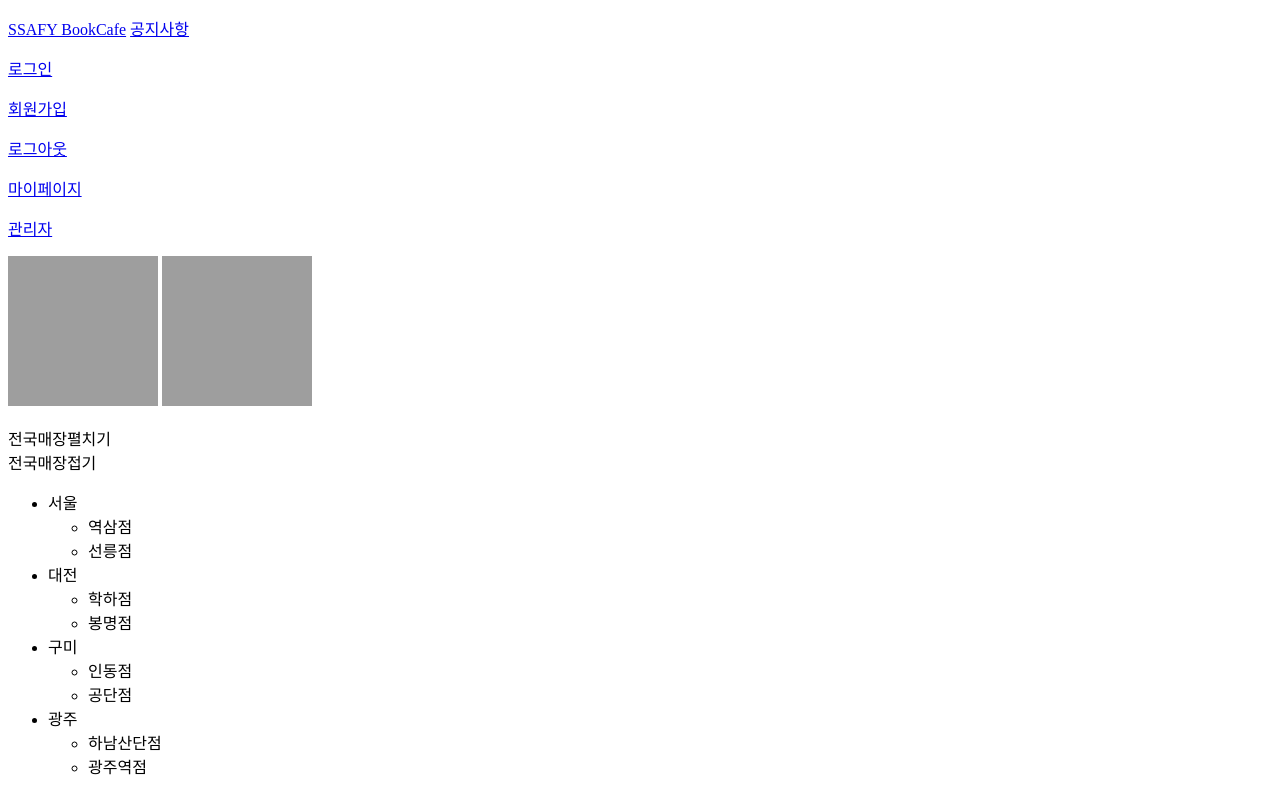
Repository: kjungyoun/Web_Study_2021
Page: web_front/WebContent/workshop0302/index.html
An editor plug-in stored every save of this project. The page is shown before and after the next save, followed by the edit.
The browser window is 1280 px wide. The pictures show the whole page.
Pictures or frames that could not be fetched are drawn as grey boxes.

Above is the page before, as saved 2021-03-02 08:09:13.

### web_front/WebContent/workshop0302/index.html
<!DOCTYPE html>
<html>
<head>
<meta charset="UTF-8">
<title>SSAFY BOOK CAFE</title>
<style type="text/css">
div.open{display : }
</style>
</head>
<body>
<header>
	<nav>
		<p>
			<a href="index.html"> SSAFY BookCafe</a>
			<a href="index.html"> 공지사항</a>
		</p>
		<p>
			<a href="login.html">로그인</a>
		</p>
		<p>
			<a href="assign.html">회원가입</a>
		</p>
		<p>
			<a href="logout.html">로그아웃</a>
		</p>
		<p>
			<a href="mypage.html">마이페이지</a>
		</p>
		<p>
			<a href="admin.html">관리자</a>
		</p>
	</nav>
	<p>
		<img alt="이미지가 안떠용" src="img/noimg.png" width="150" height="150">
		<img alt="이미지가 안떠용" src="img/profile.png" width="150" height="150">
	</p>
</header>
<article>
	<div class="open">전국매장펼치기</div>
	<div class="fold">전국매장접기</div>
	<div>
		<ul>
			<li>서울
				<ul>
					<li style="list-style-type: circle;">역삼점</li>
					<li style="list-style-type: circle;">선릉점</li>
				</ul>
			</li>
			<li>대전
				<ul>
					<li style="list-style-type: circle;">학하점</li>
					<li style="list-style-type: circle;">봉명점</li>
				</ul>
			</li>
			<li>구미
				<ul>
					<li style="list-style-type: circle;">인동점</li>
					<li style="list-style-type: circle;">공단점</li>
				</ul>
			</li>
			<li>광주
				<ul>
					<li style="list-style-type: circle;">하남산단점</li>
					<li style="list-style-type: circle;">광주역점</li>
				</ul>
			</li>
		</ul>
	</div>
</article>
</body>
</html>

After the next save:
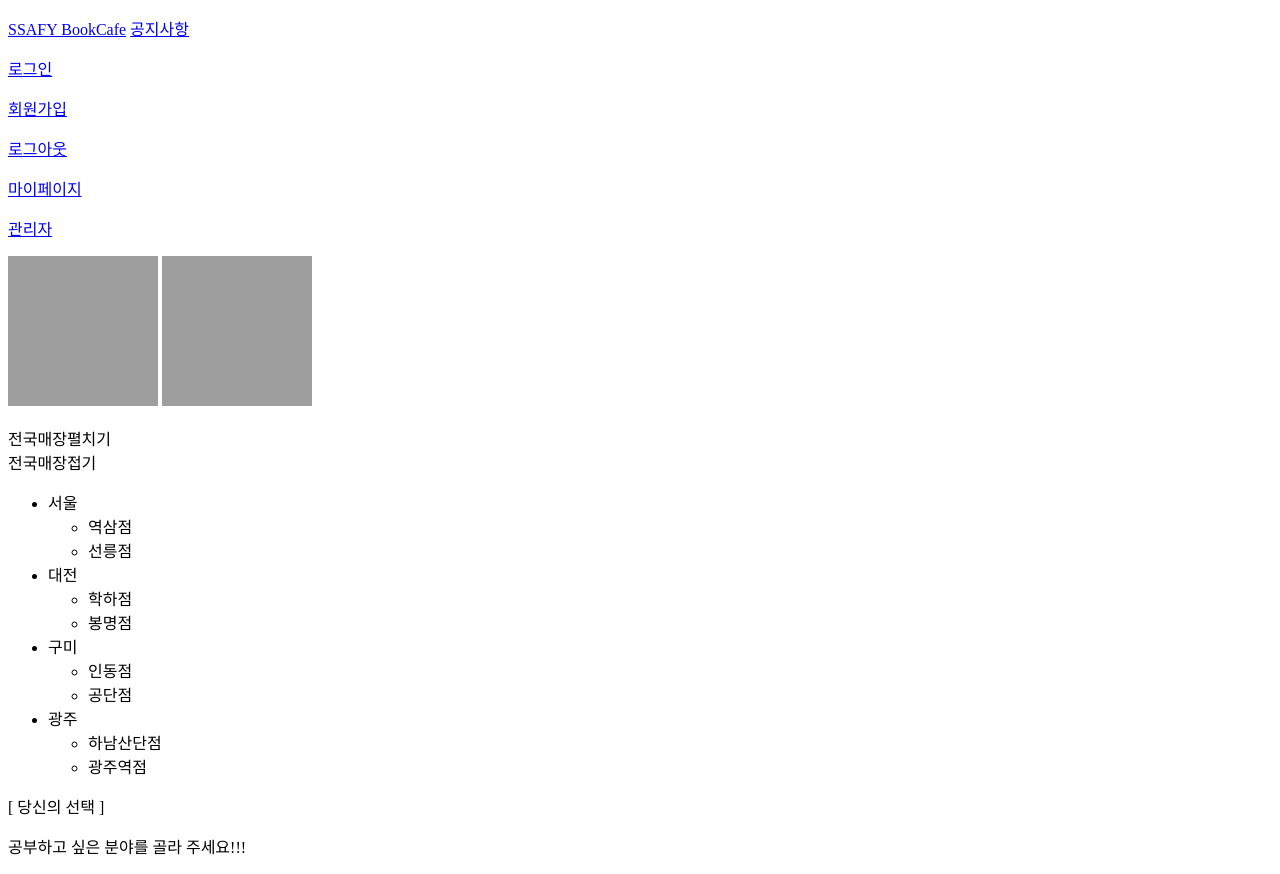
Saved 83 s later.
--- a/web_front/WebContent/workshop0302/index.html
+++ b/web_front/WebContent/workshop0302/index.html
@@ -66,6 +66,10 @@ div.open{display : }
 			</li>
 		</ul>
 	</div>
+	<div>
+		<p>[ 당신의 선택 ]</p>
+		<p>공부하고 싶은 분야를 골라 주세요!!!</p>
+	</div>
 </article>
 </body>
 </html>
